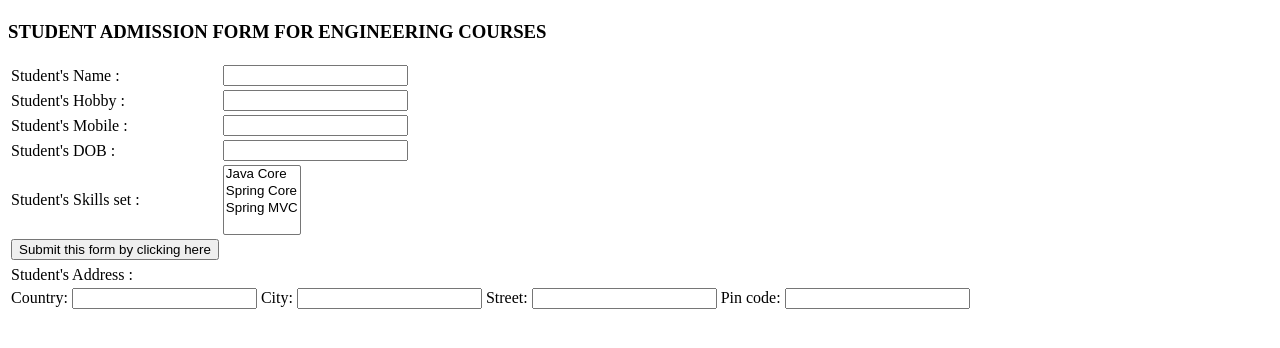
Repository: anujsachan89/Spring-MVC
Page: http://localhost/SpringMVC10/WEB-INF/jsp/AdmissionForm.jsp
The author's editor kept a copy of each file at every save. The page is drawn from the files as they stood at one save, then again after the next save.
The browser window is 1280 px wide. The pictures show the whole page.
The page is served by Tomcat 9. Nobody is signed in. Other server files are loaded and not shown. The template is opened directly, without the code that normally fills it, so the values that code supplies are empty.

Above is the page before, as saved 2017-02-04 10:46:43.

### Spring-MVC workspace/SpringMVC10/src/main/webapp/WEB-INF/jsp/AdmissionForm.jsp
<%@ page language="java" contentType="text/html; charset=UTF-8"
	pageEncoding="UTF-8"%>
<!DOCTYPE html PUBLIC "-//W3C//DTD HTML 4.01 Transitional//EN" "http://www.w3.org/TR/html4/loose.dtd">
<html>
<head>
<meta http-equiv="Content-Type" content="text/html; charset=UTF-8">
<title>Insert title here</title>
</head>
<body>

	<h1>${headerMessage}</h1>

	<h3> STUDENT ADMISSION FORM FOR ENGINEERING COURSES</h3>

	<form action="submitAdmissionForm" method="post">

		<table>
		<tr>
			<td>Student's Name : </td><td>        <input type="text" name="studentName" /></td>
		</tr>
		<tr>
			<td>Student's Hobby : </td><td>       <input type="text" name="studentHobby" /></td>
		</tr>

			<tr>
			<td>Student's Mobile : </td><td>      <input type="text" name="studentMobile" /></td>
		</tr>
		<tr>
			<td>Student's DOB : </td><td>     	   <input type="text" name="studentDOB" /></td>
		</tr>
		<tr>
			<td>Student's Skills set :</td><td>    <select name="studentSkills" multiple>
													<option value="Java Core">Java Core</option>
													<option value="Spring Core">Spring Core</option>
													<option value="Spring MVC">Spring MVC</option>
													</select><td>
		</tr>

		<tr><td><input type="submit" value="Submit this form by clicking here" /></td></tr>

		</table>
		<table>
		<tr> <td> Student's Address : </td></tr>
		<tr>
			<td>Country: <input type="text" name="studentAddress.country"/></td>
			<td>City: <input type="text" name="studentAddress.city"/></td>
			<td>Street: <input type="text" name="studentAddress.street"/></td>
			<td>Pin code: <input type="text" name="studentAddress.pincode"/></td>

		</tr>



		</table>

	</form>

</body>
</html>

After the next save:
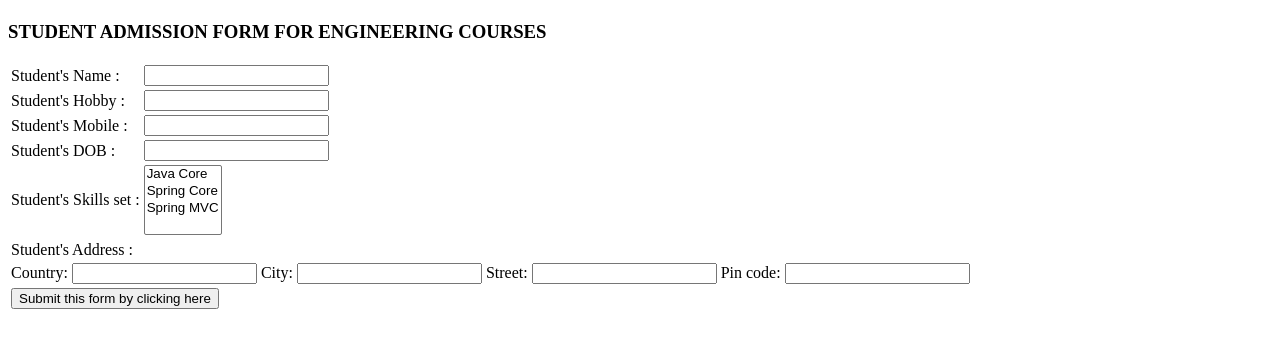
Saved 3 min 7 s later.
--- a/Spring-MVC workspace/SpringMVC10/src/main/webapp/WEB-INF/jsp/AdmissionForm.jsp
+++ b/Spring-MVC workspace/SpringMVC10/src/main/webapp/WEB-INF/jsp/AdmissionForm.jsp
@@ -36,7 +36,7 @@
 													</select><td>
 		</tr>
 
-		<tr><td><input type="submit" value="Submit this form by clicking here" /></td></tr>
+
 
 		</table>
 		<table>
@@ -49,7 +49,7 @@
 
 		</tr>
 
-
+		<tr><td><input type="submit" value="Submit this form by clicking here" /></td></tr>
 
 		</table>
 
